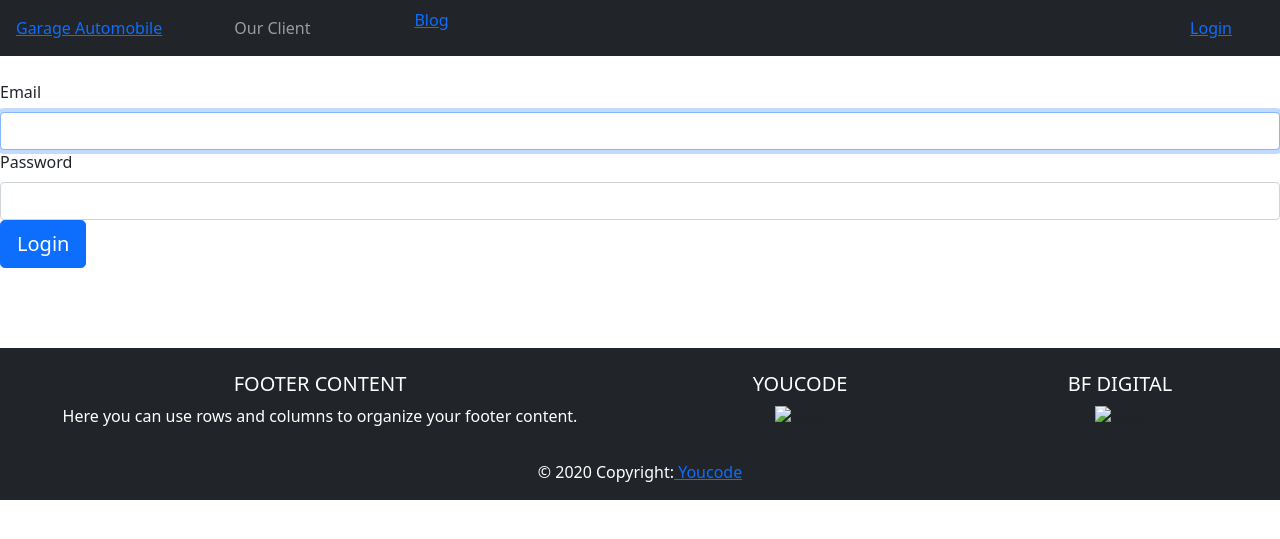
Repository: abdelhak-f/Fil-Rouge
Page: /login (app in client/)
The author's editor kept a copy of each file at every save. The page is drawn from the files as they stood at one save, then again after the next save.
The browser window is 1280 px wide. The pictures show the whole page.
The project was rebuilt for these pictures with package versions that can differ from the ones it lists, and the page was loaded fresh each time. Also part of the build but not shown: client/src/components/Text.jsx, client/src/components/forms/FirstFrontForm.jsx, client/src/components/Body.jsx, client/src/components/Blog.jsx, client/src/components/forms/FormGarage.jsx.

Above is the page before, as saved 2021-09-10 16:46:19.

After the next save:
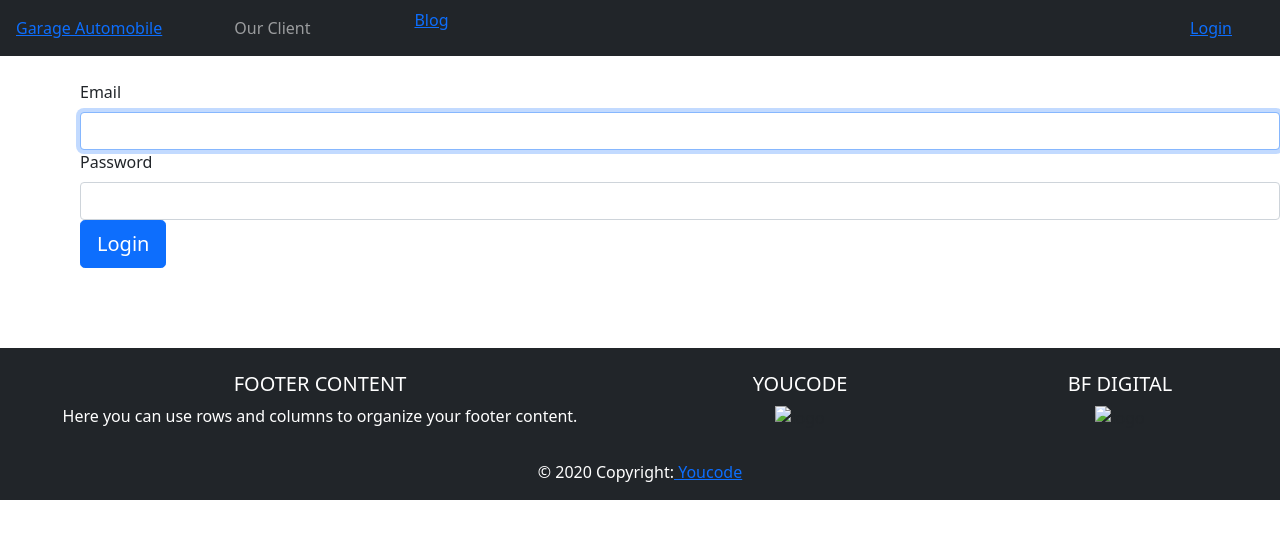
Saved 19 s later.
--- a/client/src/components/css/style.css
+++ b/client/src/components/css/style.css
@@ -6,6 +6,7 @@
   .Login{
     margin-top: 5rem;
     margin-bottom: 5rem;
+    margin-left: 5rem;
   }
 
   .form-inline {
